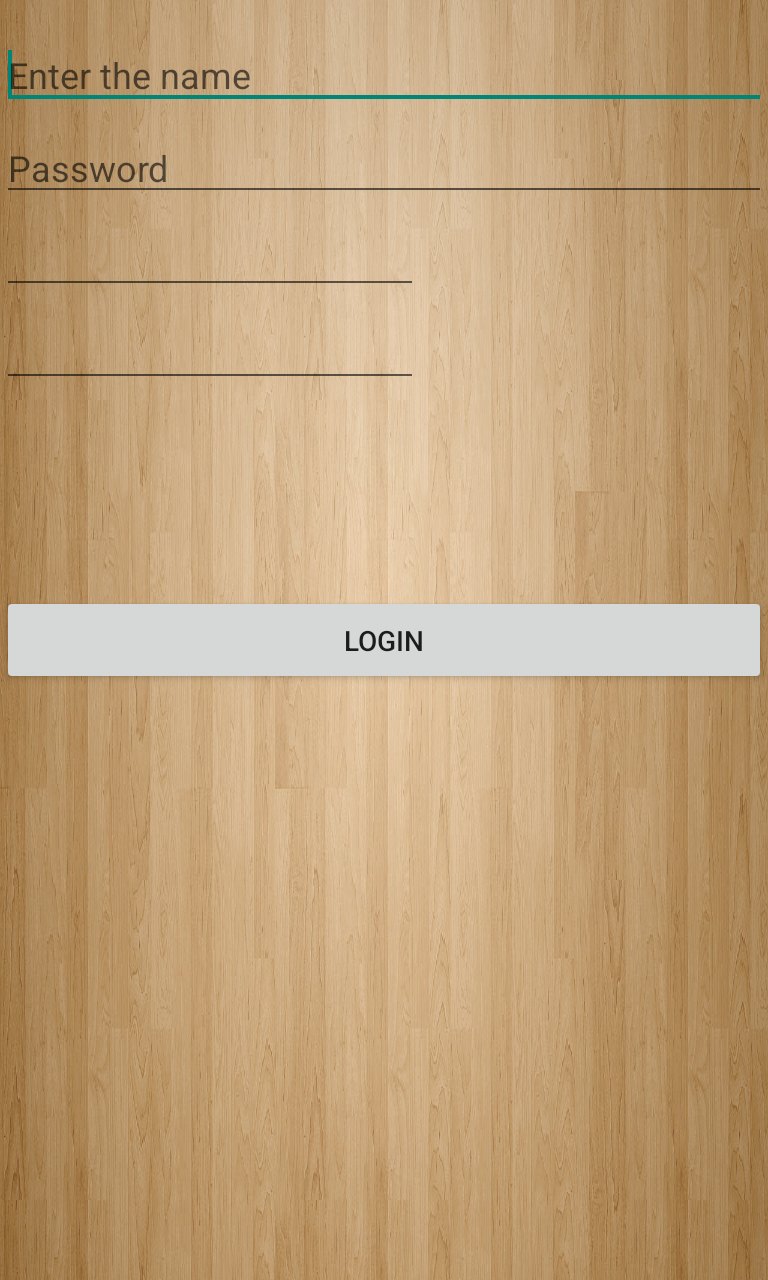
Repository: vipinvkamara/SampleProgram
Layout: SharedPreferance/res/layout/registration.xml
The author's editor kept a copy of each file at every save. The layout is drawn from the files as they stood at one save, then again after the next save.
It is drawn on a 768 x 1280 px phone screen (xhdpi) without system bars, with theme AppTheme; the app's code is not run.

Above is the layout before, as saved 2015-01-02 05:57:26.

### SharedPreferance/res/layout/registration.xml
<RelativeLayout xmlns:android="http://schemas.android.com/apk/res/android"
    xmlns:tools="http://schemas.android.com/tools"
    android:layout_width="match_parent"
    android:layout_height="match_parent"
    android:background="@drawable/wood"
    tools:context="com.example.sharedpreferance.MainActivity" >

    <EditText
        android:id="@+id/editText1"
        android:layout_width="match_parent"
        android:layout_height="wrap_content"
        android:layout_alignParentLeft="true"
        android:layout_alignParentTop="true"
        android:layout_marginTop="15dp"
        android:ems="10"
        android:hint="Enter the name" >

        <requestFocus />
    </EditText>

    <EditText
        android:id="@+id/editText2"
        android:layout_width="match_parent"
        android:layout_height="wrap_content"
        android:layout_below="@+id/editText1"
        android:layout_centerHorizontal="true"
        android:layout_marginTop="5dp"
        android:ems="10"
        android:hint="Password"
        android:inputType="textPassword" />

    <EditText
        android:id="@+id/editText3"
        android:layout_width="wrap_content"
        android:layout_height="wrap_content"
        android:layout_alignParentLeft="true"
        android:layout_below="@+id/editText2"
        android:layout_marginTop="5dp"
        android:ems="10"
        android:inputType="textEmailAddress" />

    <EditText
        android:id="@+id/editText4"
        android:layout_width="wrap_content"
        android:layout_height="wrap_content"
        android:layout_alignParentLeft="true"
        android:layout_below="@+id/editText3"
        android:layout_marginTop="5dp"
        android:ems="10"
        android:inputType="phone" />

    <Button
        android:id="@+id/button1"
        android:layout_width="match_parent"
        android:layout_height="wrap_content"
        android:layout_alignLeft="@+id/editText2"
        android:layout_centerVertical="true"
        android:layout_marginTop="5dp"
        android:text="Login" />

</RelativeLayout>

Loaded but not shown: SharedPreferance/res/values/styles.xml (common file); SharedPreferance/res/values-v11/styles.xml (common file); SharedPreferance/res/values-v14/styles.xml (common file)

After the next save:
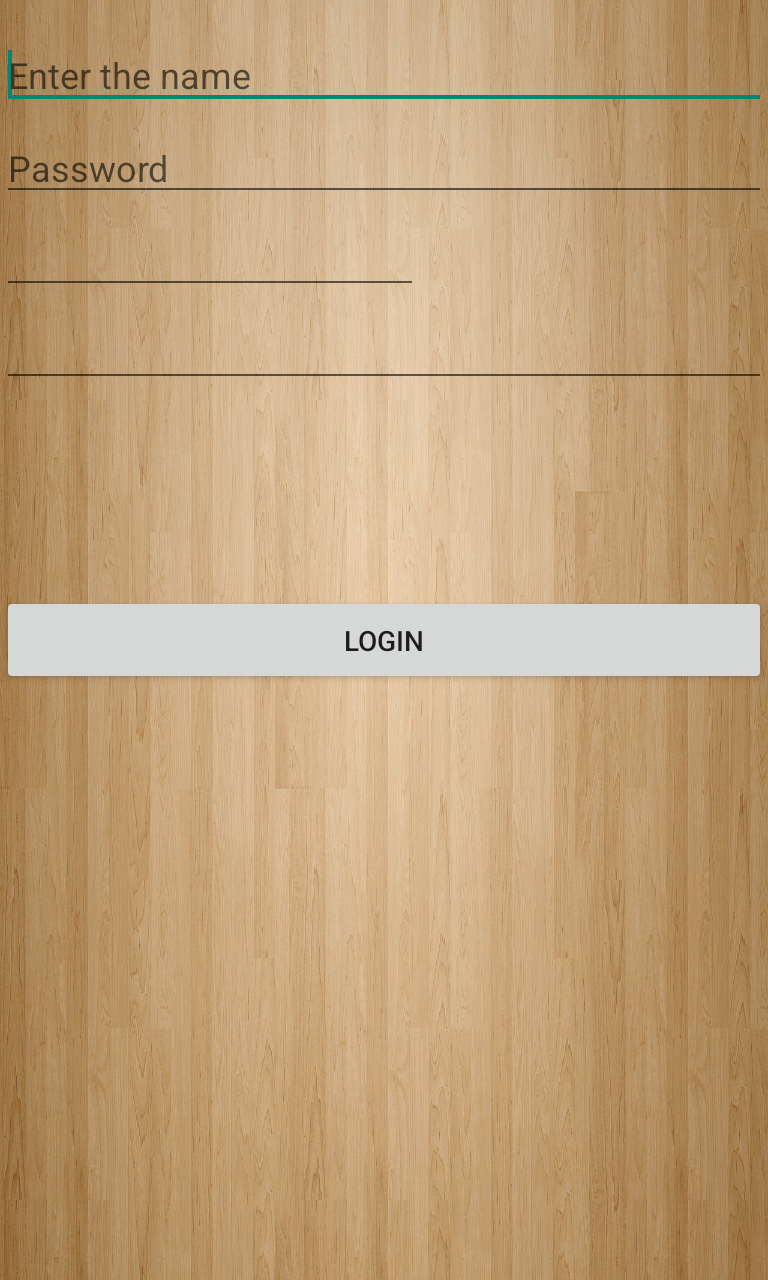
Saved 15 s later.
--- a/SharedPreferance/res/layout/registration.xml
+++ b/SharedPreferance/res/layout/registration.xml
@@ -41,7 +41,7 @@
 
     <EditText
         android:id="@+id/editText4"
-        android:layout_width="wrap_content"
+        android:layout_width="match_parent"
         android:layout_height="wrap_content"
         android:layout_alignParentLeft="true"
         android:layout_below="@+id/editText3"
